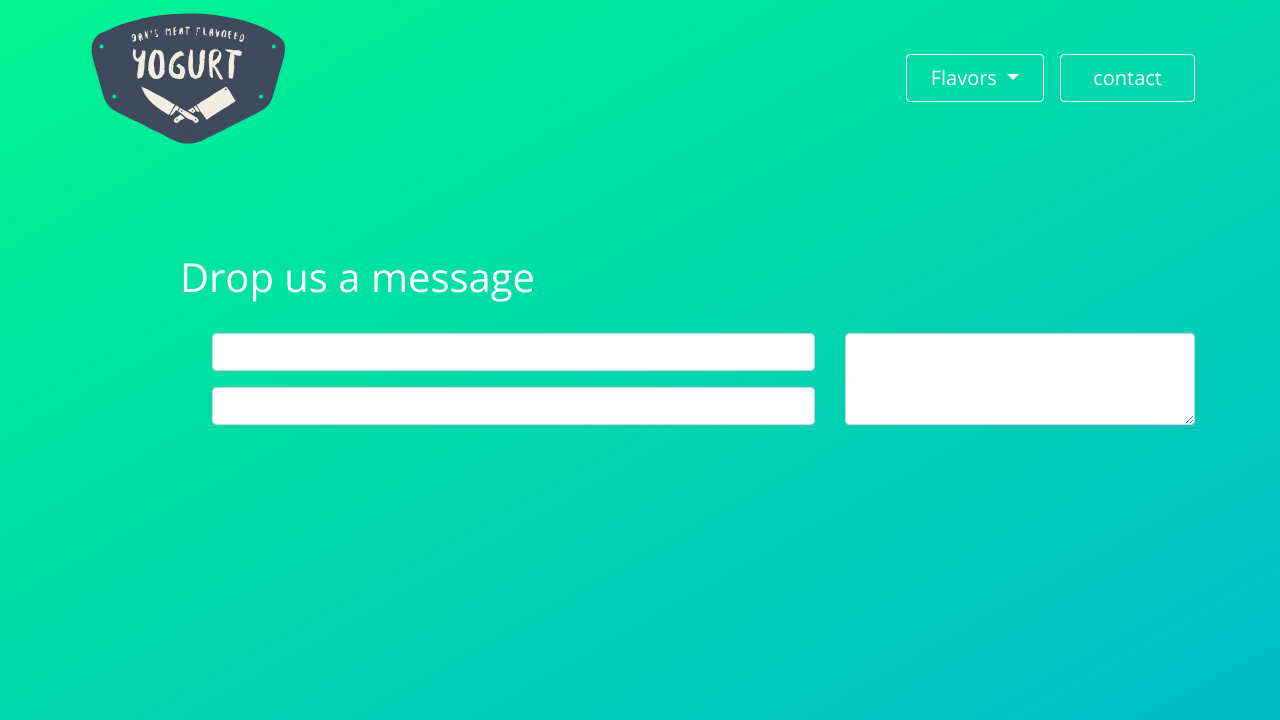
Repository: hoangnam180/Huyen
Page: Form.html
These files come from the project's save history. The page is drawn as it stood at one moment and after the next save; the edit follows.
The browser window is 1280 px wide. The pictures show the whole page.

Above is the page before, as saved 2021-12-03 18:54:01.
Not found: space.scss

### Form.html
<!doctype html>
<html lang="en">

<head>
  <title>Title</title>
  <!-- Required meta tags -->
  <meta charset="utf-8">
  <meta name="viewport" content="width=device-width, initial-scale=1, shrink-to-fit=no">

  <!-- Bootstrap CSS -->
  <link rel="stylesheet" href="https://stackpath.bootstrapcdn.com/bootstrap/4.3.1/css/bootstrap.min.css"
    integrity="sha384-ggOyR0iXCbMQv3Xipma34MD+dH/1fQ784/j6cY/iJTQUOhcWr7x9JvoRxT2MZw1T" crossorigin="anonymous">
  <link rel="stylesheet" href="space.scss">
  <link rel="stylesheet" href="style.css">
  <link rel="preconnect" href="https://fonts.googleapis.com">
  <link rel="preconnect" href="https://fonts.gstatic.com" crossorigin>
  <link href="https://fonts.googleapis.com/css2?family=Abril+Fatface&family=Open+Sans:wght@300;400&display=swap"
    rel="stylesheet">
</head>

<body>
  <div class="container">
    <nav class="navbar navbar-expand-lg navbar-light pr-0 pl-0 ">
      <!-- logo -->
      <a class="navbar-brand " href="#"><img src="images/logo-dans-meat-yogurt.svg" width="207.49" height="130.59"
          alt="logo"></a>
      <!-- logo end -->
      <button class="navbar-toggler border border-white" type="button" data-toggle="collapse"
        data-target="#navbarNavDropdown" aria-controls="navbarNavDropdown" aria-expanded="false"
        aria-label="Toggle navigation">
        <span class="navbar-toggler-icon"></span>
      </button>
      <div class="collapse navbar-collapse" id="navbarNavDropdown">
        <!-- nav -->
        <ul class="navbar-nav ml-auto rounded ">
          <li class="nav-item dropdown border border border-white mr-2 rounded ">
            <a class="nav-link dropdown-toggle text-center text-white pr-4 pl-4" href="#" id="navbarDropdownMenuLink" role="button"
              data-toggle="dropdown" aria-expanded="false">
              Flavors
            </a>
            <div class="dropdown-menu" aria-labelledby="navbarDropdownMenuLink">
              <a class="dropdown-item" href="#">Action</a>
              <a class="dropdown-item" href="#">Another action</a>
              <a class="dropdown-item" href="#">Something else here</a>
              <a class="dropdown-item" href="#">Action</a>
            </div>
          </li>
          <li class="nav-item border border-white ml-2 px-2 rounded ">
            <a class="nav-link text-center text-white  pr-4 pl-4" href="contact.html">contact</a>
          </li>
        </ul>
      </div>
    </nav>
    <!-- end nav -->
    <div class="form">
        <div class="row ">
            <div class="col-11 offset-1 mt-5"><h1 class="text-white mt-5">Drop us a message</h1></div>
        </div>
        <div class="row mt-4">
            <div class="col">
                <div class="row flex-column">
                    <div class="col-10 offset-2">
                        <input 5 type="email" class="form-control" id="exampleInputEmail1">
                    </div>
                    <div class="col-10 offset-2">
                        <input type="text" id="" class="form-control mt-3" placeholder="">
                    </div>
                </div>
            </div>
            <div class="col-4">
                <textarea style="height: 100%;" class="form-control" placeholder=""></textarea>
            </div>
        </div>
    </div>
  </div>

  <!-- Optional JavaScript -->
  <!-- jQuery first, then Popper.js, then Bootstrap JS -->
  <script src="https://code.jquery.com/jquery-3.3.1.slim.min.js"
    integrity="sha384-q8i/X+965DzO0rT7abK41JStQIAqVgRVzpbzo5smXKp4YfRvH+8abtTE1Pi6jizo"
    crossorigin="anonymous"></script>
  <script src="https://cdnjs.cloudflare.com/ajax/libs/popper.js/1.14.7/umd/popper.min.js"
    integrity="sha384-UO2eT0CpHqdSJQ6hJty5KVphtPhzWj9WO1clHTMGa3JDZwrnQq4sF86dIHNDz0W1"
    crossorigin="anonymous"></script>
  <script src="https://stackpath.bootstrapcdn.com/bootstrap/4.3.1/js/bootstrap.min.js"
    integrity="sha384-JjSmVgyd0p3pXB1rRibZUAYoIIy6OrQ6VrjIEaFf/nJGzIxFDsf4x0xIM+B07jRM"
    crossorigin="anonymous"></script>
</body>

</html>

### style.css
body{
    background:linear-gradient(to bottom right, #00F490, #00BBC9);
    background-attachment: fixed;
    font-size: 1.25rem;
    font-family:'Open Sans', sans-serif;
}
h5.card-title{
    color: #00F490;
}
h1.display-4{
    font-size: 4.2rem;
    text-shadow: 1px 0px 1px #000000;
    font-family: 'Abril Fatface', cursive;
}
p.lead{
    font-size: 2.25rem;
}
a.btn-outline-light{
    font-size: 1.18rem;
}
.img-top{

    border-radius: 10px 0px 0px 10px;
}
.text-top{
    border-radius: 0px 10px 10px 0px ;
}
span.next{
    margin-right: 100px;
}


@media (min-width: 768px) {
    .bg-white-md{
        background-color: white !important;
    }
    .text-black-md{
       color: #000 !important;
    }

}

After the next save:
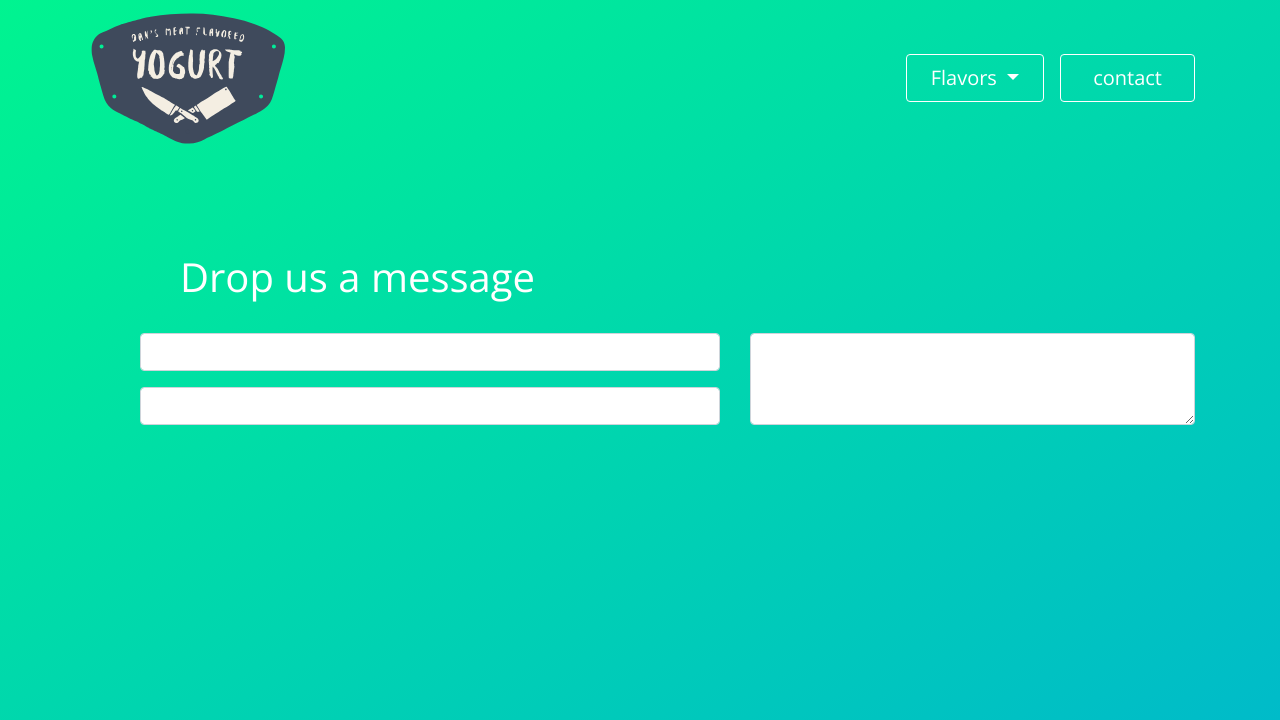
Saved 41 s later.
--- a/Form.html
+++ b/Form.html
@@ -59,15 +59,15 @@
         <div class="row mt-4">
             <div class="col">
                 <div class="row flex-column">
-                    <div class="col-10 offset-2">
+                    <div class="col-11 offset-1">
                         <input 5 type="email" class="form-control" id="exampleInputEmail1">
                     </div>
-                    <div class="col-10 offset-2">
+                    <div class="col-11 offset-1">
                         <input type="text" id="" class="form-control mt-3" placeholder="">
                     </div>
                 </div>
             </div>
-            <div class="col-4">
+            <div class="col-5">
                 <textarea style="height: 100%;" class="form-control" placeholder=""></textarea>
             </div>
         </div>
